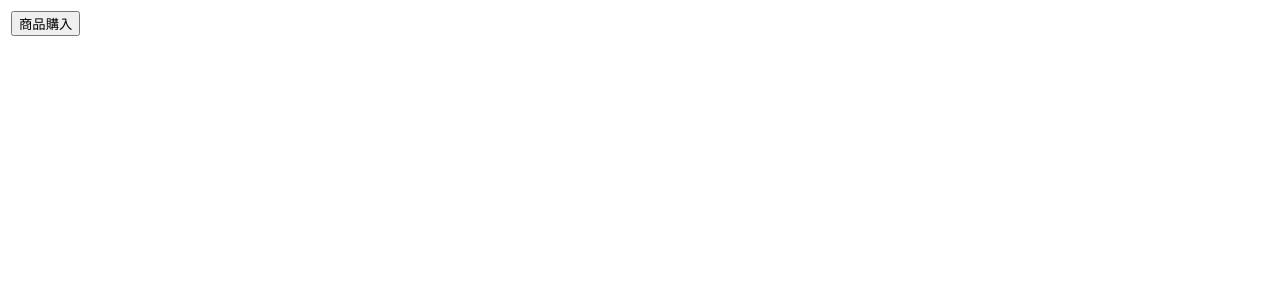
Repository: yuuukihara/test2
Page: http://localhost/0913/
The author's editor kept a copy of each file at every save. The page is drawn from the files as they stood at one save, then again after the next save.
The browser window is 1280 px wide. The pictures show the whole page.
The page is served by Tomcat 9. Other server files are loaded and not shown.

Above is the page before, as saved 2018-09-15 15:59:43.

### 0913/WebContent/home.jsp
<%@ page language="java" contentType="text/html; charset=UTF-8"
    pageEncoding="UTF-8"%>
<%@ taglib prefix="s" uri = "/struts-tags" %>
<!DOCTYPE html PUBLIC "-//W3C//DTD HTML 4.01 Transitional//EN" "http://www.w3.org/TR/html4/loose.dtd">
<html>
<head>
	<meta http-equiv="Content-Type" content="text/html; charset=UTF-8">
	<title>ログインページ</title>
</head>

<body>

<s:form action ="HomeAction">
	<s:submit value="商品購入"/>
</s:form>

</body>

</html>

After the next save:
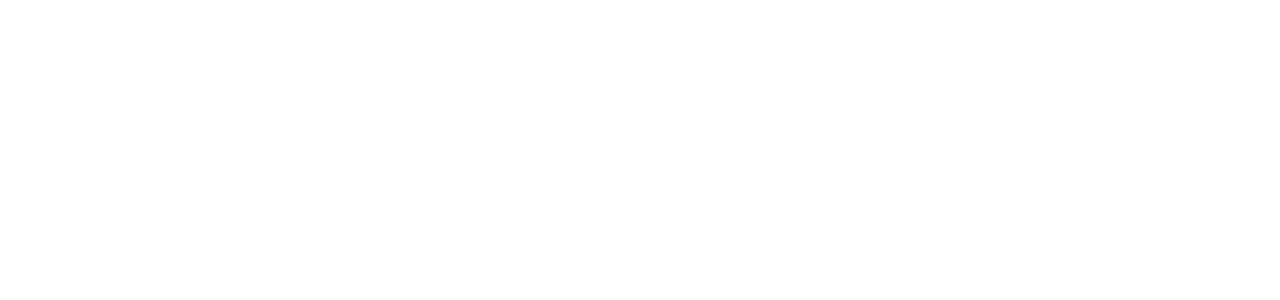
Saved 76 s later.
--- a/0913/WebContent/home.jsp
+++ b/0913/WebContent/home.jsp
@@ -10,9 +10,7 @@
 
 <body>
 
-<s:form action ="HomeAction">
-	<s:submit value="商品購入"/>
-</s:form>
+
 
 </body>
 

After the save that followed:
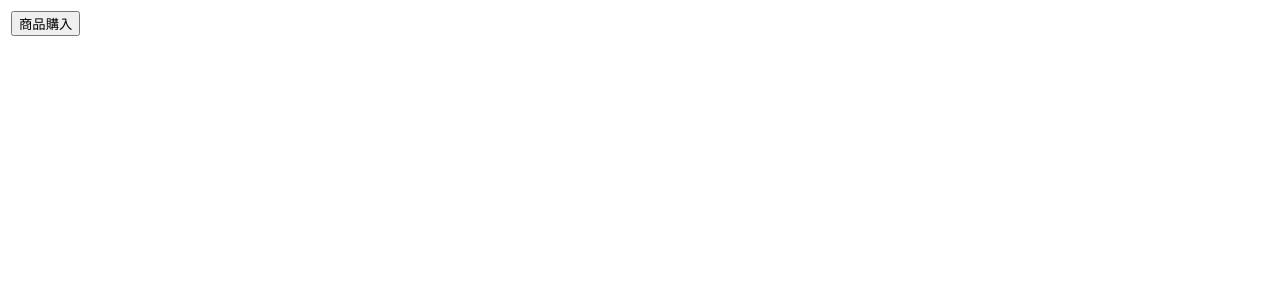
Saved 62 s later.
--- a/0913/WebContent/home.jsp
+++ b/0913/WebContent/home.jsp
@@ -10,7 +10,9 @@
 
 <body>
 
-
+<s:form action ="HomeAction">
+	<s:submit value="商品購入"/>
+</s:form>
 
 </body>
 
